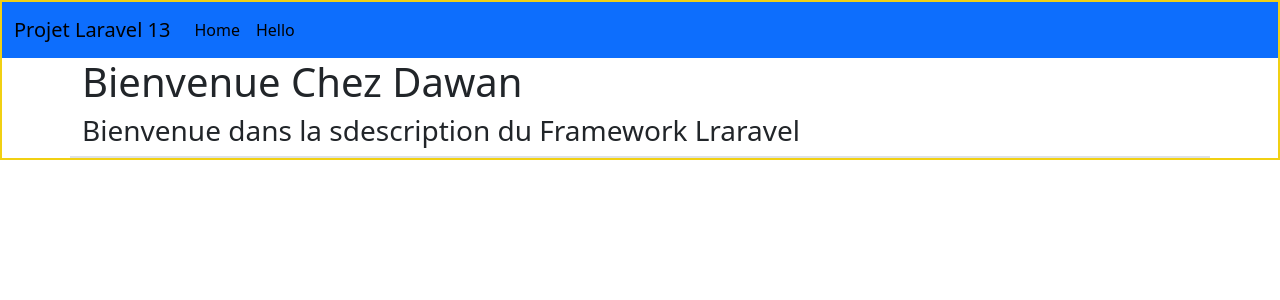
Repository: BigTechnologie/FormationLravel
Page: http://localhost/
An editor plug-in stored every save of this project. The page is shown before and after a run of saves, followed by the edit.
The browser window is 1280 px wide. The pictures show the whole page.
The page is served by the project's Laravel application, run on PHP 8.4 with Laravel 12. Other server files are loaded and not shown. Queries for data that is not in the repository find no rows.

Above is the page before, as saved 2026-06-15 17:06:45.

### routes/web.php
<?php

use Illuminate\Support\Facades\Route;
//use Illuminate\Http\Request;
use App\Http\Controllers\PostController;

/*

//======================================= 1 1=================================//
//1- Les routes dans Laravel

Route::get('/', function () {
    return view('welcome');
});

// Retourner une chaine
Route::get('/hello', function() {
    return 'Hello Dawan';
});

// Retourner du json
Route::get('/data', function () {
    return [
        'name' => 'Cédric',
        'code-postal' => 56
    ];
});
*/
/*
//======================================= 1 1=================================//
// Nommage des routes :
Route::get('/', function () {
    return view('welcome');
})->name('welcome');

// Préfixage des routes
Route::prefix('post')->name('post.')->group(function() {
    Route::get('/hello', function () {
    return 'Hello Dawan';
})->name('hello');

Route::get('/show/{slug}-{id}', function (string $slug, int $id) {
    return [
        'slug' => $slug,
        'id' => $id
    ];
})->where(['id' => '[0-9]+', 'slug' => '[a-z0-9-]+'])->name('show');

Route::get('/data', function(Request $request) {
    return [
        'name' => $request->input('names', 'Cédric'),
        'value' => $request->input('value', '22'),
        'all' => $request->all() // Permet de recuperer toutes les valeurs en faisant : http://127.0.0.1:8000/data?name=dawan&year=2026&value=new
    ];
})->name('data');

// Les rédirections
Route::get('/new', function() {
    // return [
    //     //'wWelcome' => route('welcome')
    //     'hello' => route('hello')
    // ];
    //return to_route('post.show', ['id' => 96, 'slug' => 'new-article-laravel']);
    //return redirect()->route('welcome');
    return redirect()->route('post.data');

})->name('new');

});

*/

Route::get('/', 'App\Http\Controllers\PostController@index')->name('welcome');

Route::prefix('post')->namespace('App\Http\Controllers')->name('post.')->group(function() {
    Route::get('/hello', [PostController::class, 'hello'])->name('hello'); // Route::get('/hello', 'PostController@hello')->name('hello');

    Route::get('/show/{slug}-{id}', [PostController::class, 'show'])
        ->where(['id' => '[0-9]+', 'slug' => '[a-z0-9-]+'])
        ->name('show');

    Route::get('/data', [PostController::class, 'data'])->name('data');

    Route::get('/new', [PostController::class, 'new'])->name('new');
});

// Les routes de secours (erreur 404)
Route::fallback(function() {
    return "Ooops Cette page n'existe pas !";
});

### app/Http/Controllers/PostController.php
<?php

namespace App\Http\Controllers;

use Illuminate\Http\Request;
use App\Models\Post;
use EsperoSoft\Faker\Faker;
use Illuminate\Support\Str;

class PostController extends Controller
{
    public function index()
    {
        $title = "Bienvenue Chez Dawan";

        $description = "<h3>Bienvenue dans la sdescription du Framework Lraravel</h3>";

        /*
        $faker = new Faker();

        for($i = 0; $i < 100; $i++) {
            $title = $faker->title(30);
            Post::create([
                "title" => $title,
                "slug" => Str::slug($title),
                "description" => $faker->title(60),
                "content" => $faker->text(),
                "imageUrl" => $faker->image()
            ]);
        }

        $posts = Post::all();
        */

        $posts = Post::paginate(20);

        return view('blog', ['title' => $title, 'description' => $description, 'posts' => $posts]);
    }

    public function hello(): ?string
    {
        return 'Hello Dawan 2026';
    }

    public function show(string $slug, int $id)
    {
        return [
            'slug' => $slug,
            'id' => $id
        ];
    }

    public function data(Request $request)
    {
        return [
            'name' => $request->input('names', 'Jean'),
            'value' => $request->input('value', '25'),
            'all' => $request->all()
        ];
    }

    public function new ()
    {
        return to_route('post.show', ['id' => 35, 'slug' => 'formation-laravel']);
    }


}

### app/Models/Post.php
<?php

namespace App\Models;

use Illuminate\Database\Eloquent\Model;
use Illuminate\Database\Eloquent\Factories\HasFactory;

class Post extends Model
{
    use HasFactory;

    protected $fillable = ['title', 'slug', 'description', 'content', 'imageUrl'];

}

### resources/views/blog.blade.php
@extends('base')

@section('title')
    Laravel home page
@endsection

@section('container')
    <div class="container">
        <h1> {{ $title }} </h1>

        {!! $description !!}

        @include('paginate', ['datas' => $posts])

        <div class="posts row border">
            @foreach ($posts as $post)
                <div class="post-item col-md-3">
                    <div class="m-1 card">
                        <img src="{{ $post->imageUrl }}" height="200" alt="">
                        <div>
                            <h4> {{ $post->title }} </h4>
                            <p> {{ $post->description }} </p>
                        </div>

                    </div>
                </div>
            @endforeach
        </div>

        @include('paginate', ['datas' => $posts])

    </div>
@endsection

{{--

<div class="container">
        <h1> {{ $title }} </h1>

        {!! $description !!}
        <div class="posts row border">
            @foreach ($posts as $post)
                @if ($post->id % 2 == 0)

                    <div class="post-item col-md-3 card pair">
                        <div class="post-img">
                            <img src="{{ $post['imageUrl'] }}" alt="s">
                        </div>
                        <h4 class="post-title"> {{ $post['title'] }} </h4>
                        <p> {{ $post['description'] }} </p>
                    </div>


                @else

                    <div class="post-item col-md-3 card impair">
                        <div class="post-img">
                            <img src="{{ $post['imageUrl'] }}" alt="s">
                        </div>
                        <h4 class="post-title"> {{ $post['title'] }} </h4>
                        <p class="post-description"> {{ $post['description'] }} </p>
                    </div>

                @endif
            @endforeach
        </div>

    </div>
 --}}

### resources/views/paginate.blade.php
<div class="page-links">
    {{ $datas->links('pagination::bootstrap-5') }}
</div>

### resources/views/base.blade.php
<!DOCTYPE html>
<html lang="en">
<head>
    <meta charset="UTF-8">
    <meta name="viewport" content="width=device-width, initial-scale=1.0">
    <meta http-equiv="X-UA-Compatible" content="ie=edge">
    <title>
        @yield('title')
    </title>
    <link href="https://cdn.jsdelivr.net/npm/bootstrap@5.3.8/dist/css/bootstrap.min.css" rel="stylesheet" integrity="sha384-sRIl4kxILFvY47J16cr9ZwB07vP4J8+LH7qKQnuqkuIAvNWLzeN8tE5YBujZqJLB" crossorigin="anonymous">
    <link rel="stylesheet" href="{{  asset('assets/css/styles.css')  }}">
</head>
<body>

    @include('header')

    @yield('container')

    <script src="https://cdn.jsdelivr.net/npm/bootstrap@5.3.8/dist/js/bootstrap.bundle.min.js" integrity="sha384-FKyoEForCGlyvwx9Hj09JcYn3nv7wiPVlz7YYwJrWVcXK/BmnVDxM+D2scQbITxI" crossorigin="anonymous"></script>
    <script src="https://cdn.jsdelivr.net/npm/@popperjs/core@2.11.8/dist/umd/popper.min.js" integrity="sha384-I7E8VVD/ismYTF4hNIPjVp/Zjvgyol6VFvRkX/vR+Vc4jQkC+hVqc2pM8ODewa9r" crossorigin="anonymous"></script>
    <script src="https://cdn.jsdelivr.net/npm/bootstrap@5.3.8/dist/js/bootstrap.min.js" integrity="sha384-G/EV+4j2dNv+tEPo3++6LCgdCROaejBqfUeNjuKAiuXbjrxilcCdDz6ZAVfHWe1Y" crossorigin="anonymous"></script>
    <script src="{{asset('assets/js/script.js')}}"></script>
</body>
</html>

### resources/views/header.blade.php
<nav class="navbar navbar-expand-lg bg-primary">
  <div class="container-fluid">
    <a class="navbar-brand" href="#">Projet Laravel 13</a>
    <button class="navbar-toggler" type="button" data-bs-toggle="collapse" data-bs-target="#navbarScroll" aria-controls="navbarScroll" aria-expanded="false" aria-label="Toggle navigation">
      <span class="navbar-toggler-icon"></span>
    </button>
    <div class="collapse navbar-collapse" id="navbarScroll">
      <ul class="navbar-nav me-auto my-2 my-lg-0 navbar-nav-scroll" style="--bs-scroll-height: 100px;">
        <li class="nav-item">
          <a class="nav-link active" aria-current="page" href="{{ route('welcome') }}">Home</a>
        </li>
        <li class="nav-item">
          <a class="nav-link active" aria-current="page" href="{{ route('post.hello') }}">Hello</a>
        </li>
      </ul>
    </div>
  </div>
</nav>

### public/assets/css/styles.css
body {
    border: 2px solid rgb(241, 208, 19) !important;
}


/* Style général pour les titres */
h4 {
    color: rgb(224, 210, 15);
}

/* Conteneur global des posts */
.posts {
    display: flex;
    flex-wrap: wrap;
    gap: 20px;
    justify-content: space-around;
}

/* Élément de post individuel */
.post-item {
    background-color: white;
    padding: 15px;
    border-radius: 10px;
    box-shadow: 2px 2px 8px rgba(0,0,0,0.2);
    margin: 10px;
    transition: transform 0.2s ease;
    color: white;
}

.post-item:hover {
    transform: scale(1.05);
}

/* Différenciation entre pair et impair */
.post-item.pair {
    background-color: beige;
    color: black;
}

.post-item.impair {
    background-color: burlywood;
    color: black;
}

/* Zone d’image du post */
.post-img {
    text-align: center;
}

.post-img img {
    max-width: 100%;
    height: auto;
    max-height: 400px;
    border-radius: 8px;
}

/* Titre du post */
.post-title {
    font-size: 1.2rem;
    font-weight: bold;
    text-transform: uppercase;
    margin-top: 10px;
}

/* Description du post */
.post-description {
    text-align: justify;
    font-size: 0.9rem;
    line-height: 1.5;
}

/* Liens */
a {
    text-decoration: inherit;
}

### public/assets/js/script.js
//alert("Hello Dawan !")

### resources/views/posts/home.blade.php
@extends('base')

@section('title')
    Laravel home page
@endsection

@section('container')
    <div class="container">
        <h1> {{ $title }} </h1>

        {!! $description !!}


        <div class="posts row gx-0">
            @foreach ($posts as $post)
                <div class="post-item col-md-3">
                    <a href="{{ route('post.show', ['id' => $post->id, 'slug' => $post->$slug]) }}" class="m-1 card text-decoration-none">
                        <div class="m-1 card">
                            <img src="{{ $post->imageUrl }}" height="200" alt="">
                            <div class="post-details p-1">
                                <h4> {{ $post->title }} </h4>
                                <p> {{ $post->description }} </p>
                                <small>{{ $post->created_at->format("d-m-Y H:i:s") }}</small>
                            </div>

                        </div>
                    </a>
                </div>
            @endforeach
        </div>

        @include('paginate', ['datas' => $posts])

    </div>
@endsection

{{--

<div class="container">
        <h1> {{ $title }} </h1>

        {!! $description !!}
        <div class="posts row border">
            @foreach ($posts as $post)
                @if ($post->id % 2 == 0)

                    <div class="post-item col-md-3 card pair">
                        <div class="post-img">
                            <img src="{{ $post['imageUrl'] }}" alt="s">
                        </div>
                        <h4 class="post-title"> {{ $post['title'] }} </h4>
                        <p> {{ $post['description'] }} </p>
                    </div>


                @else

                    <div class="post-item col-md-3 card impair">
                        <div class="post-img">
                            <img src="{{ $post['imageUrl'] }}" alt="s">
                        </div>
                        <h4 class="post-title"> {{ $post['title'] }} </h4>
                        <p class="post-description"> {{ $post['description'] }} </p>
                    </div>

                @endif
            @endforeach
        </div>

    </div>
 --}}

Loaded but not shown: app/Http/Controllers/Controller.php (common file)

After the next 3 saves:
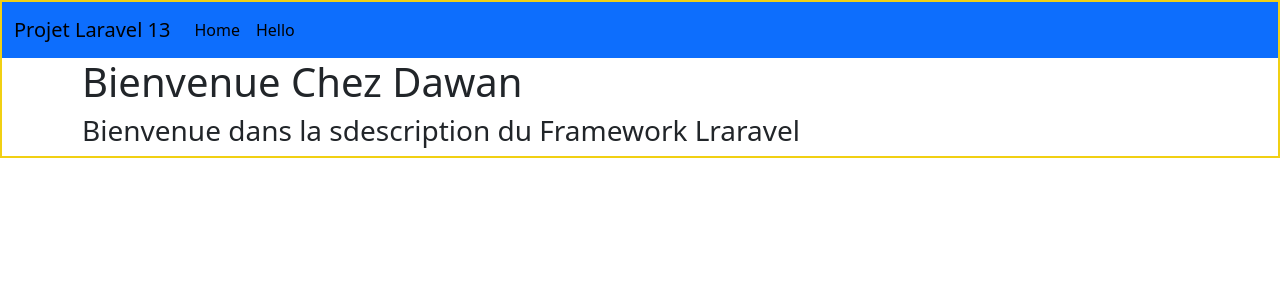
The 3 saves are shown as one change because 1 did not build or start and some came seconds apart.
The last was saved 41 s later.
--- a/app/Http/Controllers/PostController.php
+++ b/app/Http/Controllers/PostController.php
@@ -34,7 +34,7 @@ class PostController extends Controller
 
         $posts = Post::paginate(20);
 
-        return view('blog', ['title' => $title, 'description' => $description, 'posts' => $posts]);
+        return view('posts.home', ['title' => $title, 'description' => $description, 'posts' => $posts]);
     }
 
     public function hello(): ?string
